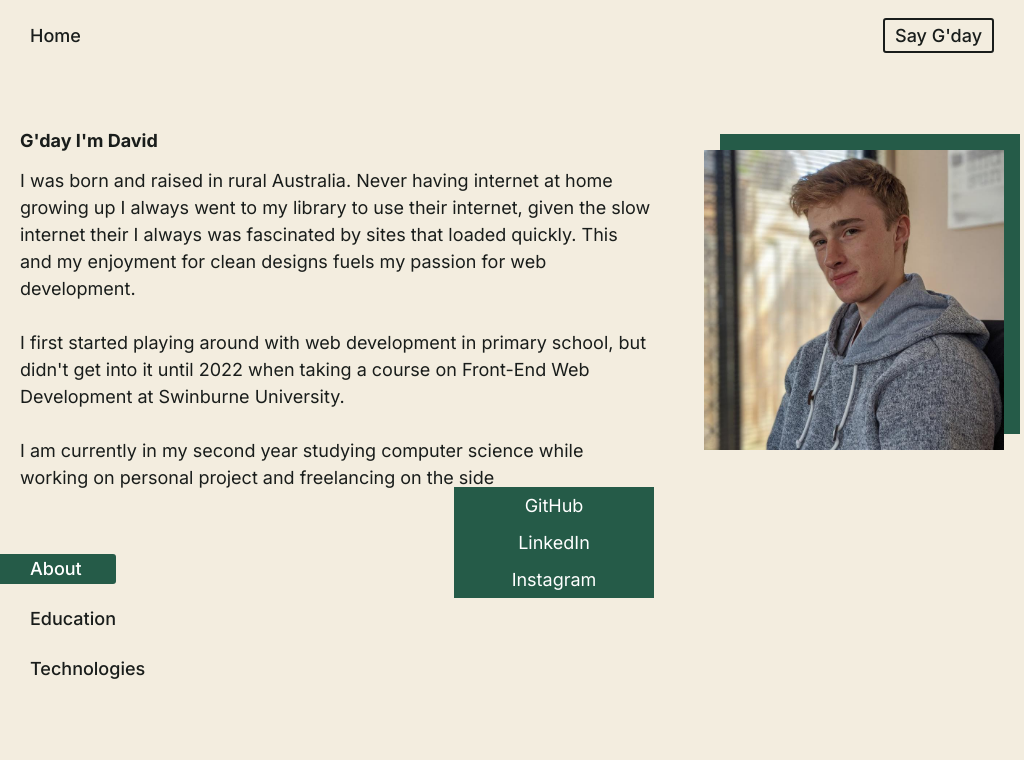
Repository: David-Waite/David-Waite-Portfolio
Page: /about
The author's editor kept a copy of each file at every save. The page is drawn from the files as they stood at one save, then again after a run of saves.
The browser window is 1024 px wide. The pictures show the whole page.
The project was rebuilt for these pictures with package versions that can differ from the ones it lists, and the page was loaded fresh each time. The framework's server and built-in components were replaced by stand-ins that run in the browser. Also part of the build but not shown: next.config.js.

Above is the page before, as saved 2023-07-27 12:20:24.

After the next 9 saves:
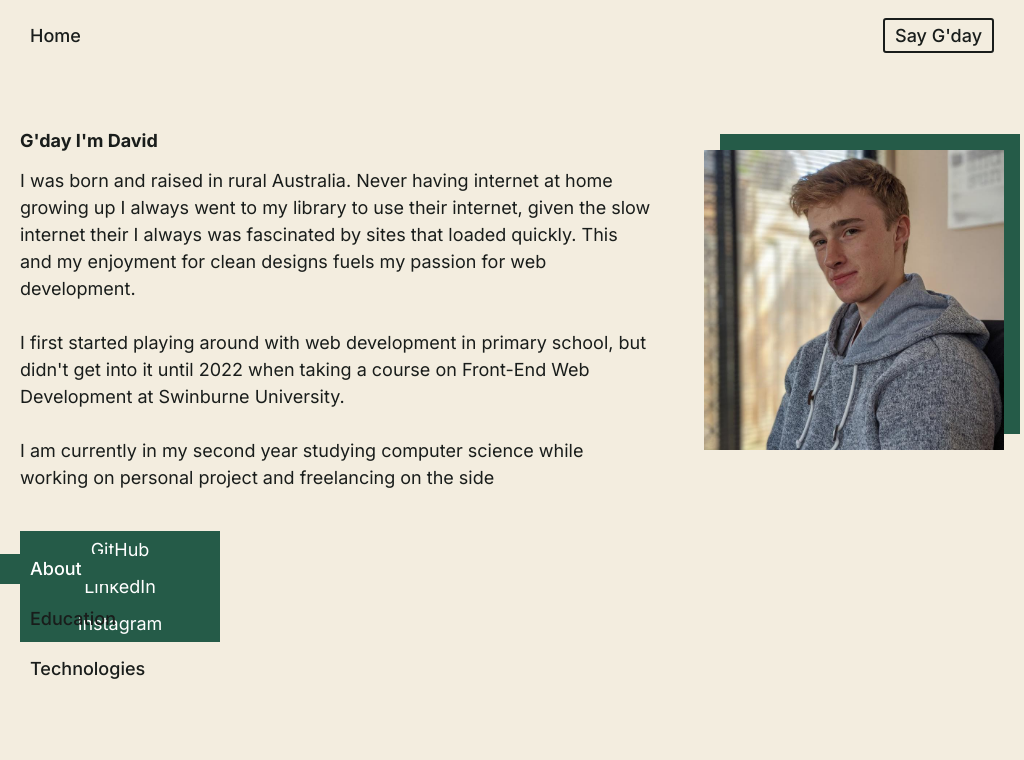
The 9 saves are shown as one change because they came seconds apart.
The last was saved 29 s later.
--- a/app/about/page.module.css
+++ b/app/about/page.module.css
@@ -162,8 +162,8 @@
   .links {
     position: static;
     width: 200px;
-    margin-top: 20px;
-    margin-left: auto;
+    margin-top: 64px;
+    margin-left: 0;
   }
 }
 @media (max-width: 425px) {
